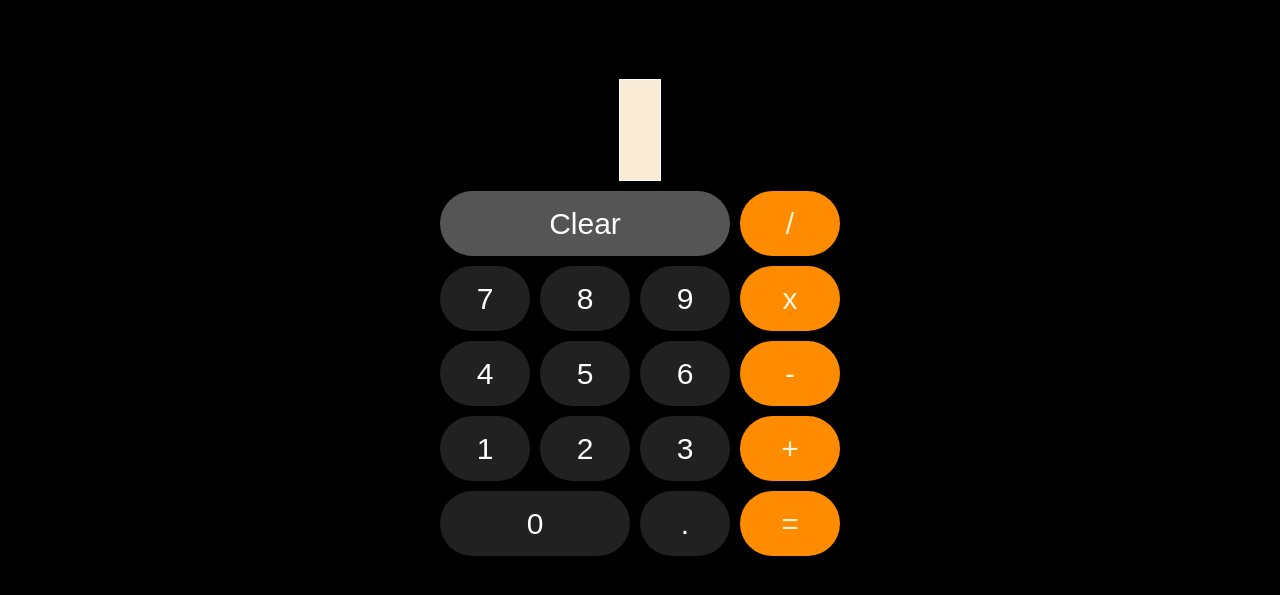
Repository: kocokoy/Calculator
Page: index.html
These files come from the project's save history. The page is drawn as it stood at one moment and after the next save; the edit follows.
The browser window is 1280 px wide. The pictures show the whole page.

Above is the page before, as saved 2024-10-22 16:40:57.

After the next save:
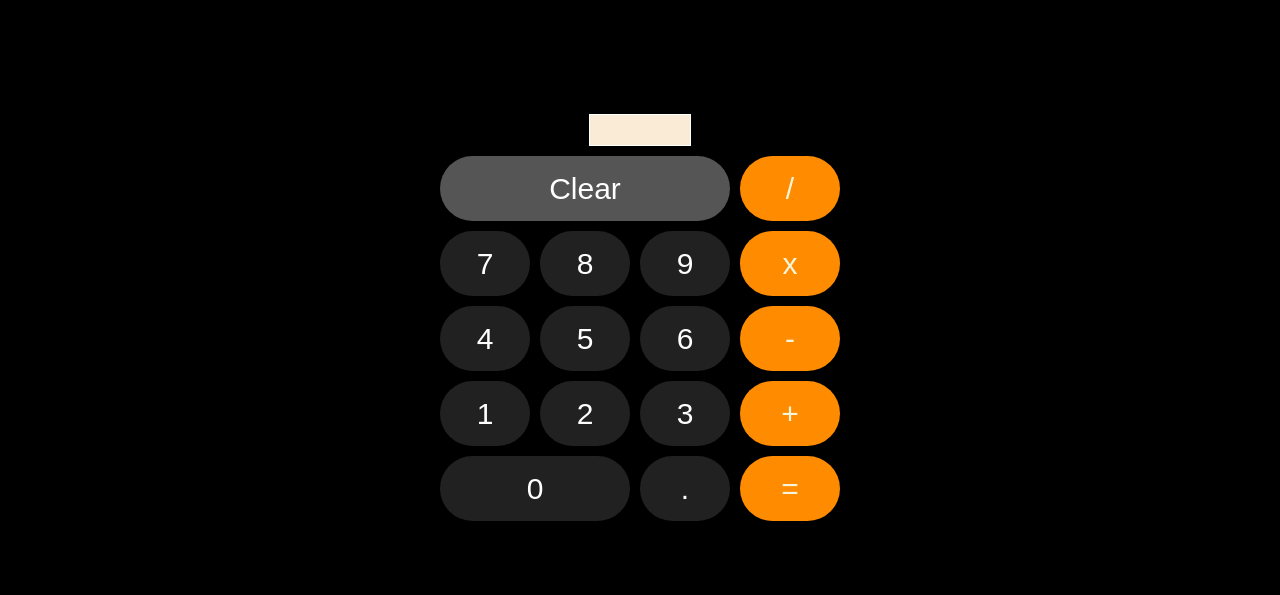
Saved 103 s later.
--- a/style.css
+++ b/style.css
@@ -76,8 +76,8 @@ button{
 
 .output-number{
   border: 1px solid white;
-  height: 100px;
-  width: 40px;
+  height: 30px;
+  width: 100px;
   background-color: antiquewhite;
   margin-bottom: 10px;
 }
